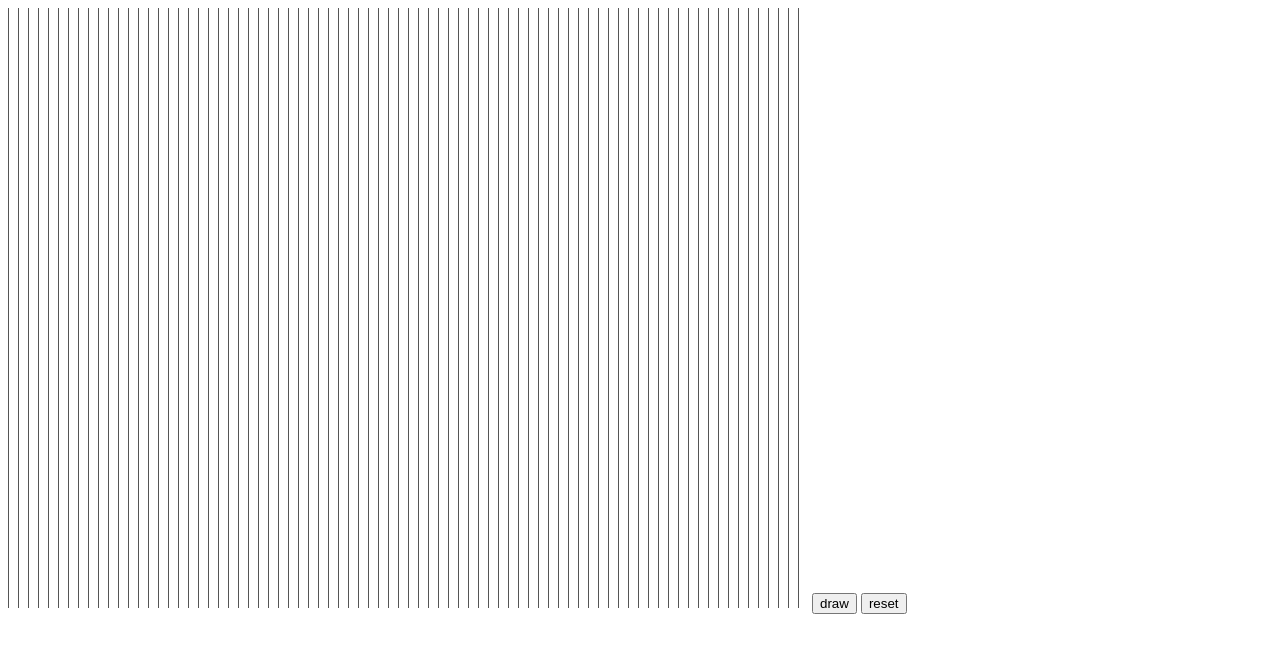
Repository: randgars/game
Page: index.html
These files come from the project's save history. The page is drawn as it stood at one moment and after the next save; the edit follows.
The browser window is 1280 px wide. The pictures show the whole page.
After loading, the first visible `button` was clicked once.

Above is the page before, as saved 2017-09-28 10:40:59.

After the next save:
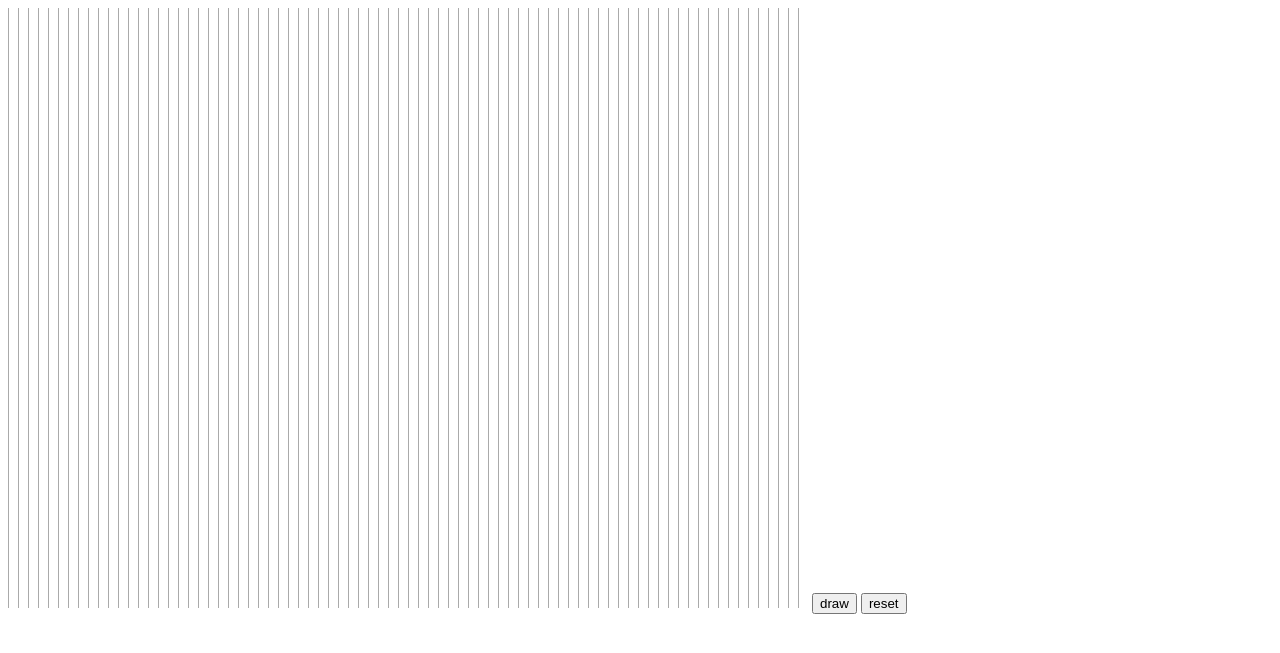
Saved 8 s later.
--- a/index.html
+++ b/index.html
@@ -22,7 +22,7 @@
                 context.moveTo(y, 0);
                 context.lineTo(y, 800);
             }
-            context.strokeStyle = "#555";
+            context.strokeStyle = "#aaa";
             context.stroke();
         };
         function reset_b() {
